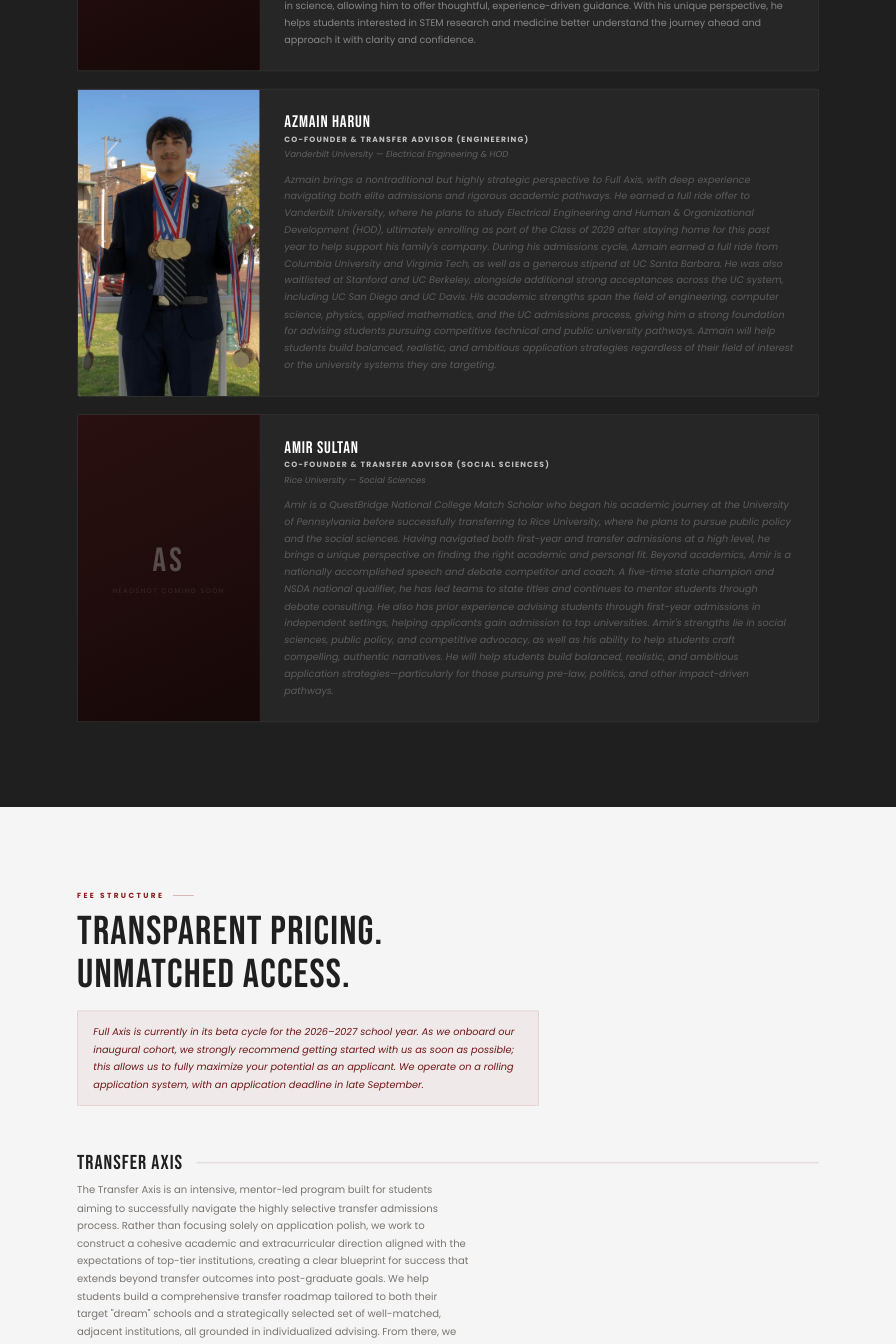
Repository: epeguero8311/cesar
Page: index.html
The author's editor kept a copy of each file at every save. The page is drawn from the files as they stood at one save, then again after the next save.
The browser window is 1280 px wide. The pictures show the part of the page from y = 2974 to 4894 px (the page is 7477 px tall before and 7453 px after), at 70% of full size.

Above is the page before, as saved 2026-04-30 17:46:54.

After the next save:
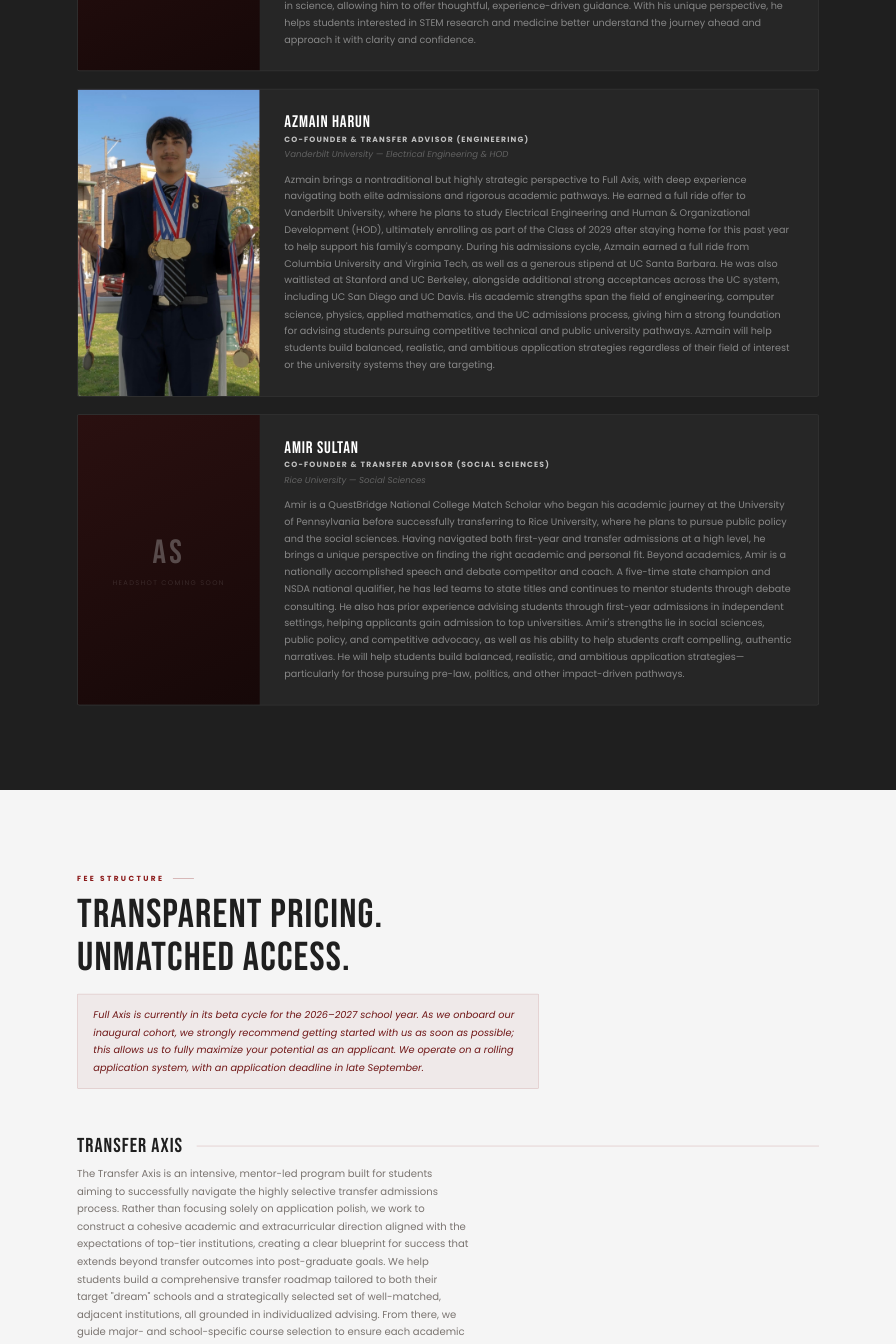
Saved 90 s later.
--- a/index.html
+++ b/index.html
@@ -131,7 +131,7 @@
           <div class="team-name">Azmain Harun</div>
           <div class="team-role">Co-Founder &amp; Transfer Advisor (Engineering)</div>
           <div class="team-school">Vanderbilt University — Electrical Engineering &amp; HOD</div>
-          <p class="team-bio" style="color:rgba(255,255,255,0.25);font-style:italic">Azmain brings a nontraditional but highly strategic perspective to Full Axis, with deep experience navigating both elite admissions and rigorous academic pathways. He earned a full ride offer to Vanderbilt University, where he plans to study Electrical Engineering and Human & Organizational Development (HOD), ultimately enrolling as part of the Class of 2029 after staying home for this past year to help support his family's company.
+          <p class="team-bio">Azmain brings a nontraditional but highly strategic perspective to Full Axis, with deep experience navigating both elite admissions and rigorous academic pathways. He earned a full ride offer to Vanderbilt University, where he plans to study Electrical Engineering and Human & Organizational Development (HOD), ultimately enrolling as part of the Class of 2029 after staying home for this past year to help support his family's company.
 
 During his admissions cycle, Azmain earned a full ride from Columbia University and Virginia Tech, as well as a generous stipend at UC Santa Barbara. He was also waitlisted at Stanford and UC Berkeley, alongside additional strong acceptances across the UC system, including UC San Diego and UC Davis.
 
@@ -147,7 +147,7 @@ His academic strengths span the field of engineering, computer science, physics,
           <div class="team-name">Amir Sultan</div>
           <div class="team-role">Co-Founder &amp; Transfer Advisor (Social Sciences)</div>
           <div class="team-school">Rice University — Social Sciences</div>
-          <p class="team-bio" style="color:rgba(255,255,255,0.25);font-style:italic">Amir is a QuestBridge National College Match Scholar who began his academic journey at the University of Pennsylvania before successfully transferring to Rice University, where he plans to pursue public policy and the social sciences. Having navigated both first-year and transfer admissions at a high level, he brings a unique perspective on finding the right academic and personal fit.
+          <p class="team-bio">Amir is a QuestBridge National College Match Scholar who began his academic journey at the University of Pennsylvania before successfully transferring to Rice University, where he plans to pursue public policy and the social sciences. Having navigated both first-year and transfer admissions at a high level, he brings a unique perspective on finding the right academic and personal fit.
 
 Beyond academics, Amir is a nationally accomplished speech and debate competitor and coach. A five-time state champion and NSDA national qualifier, he has led teams to state titles and continues to mentor students through debate consulting. He also has prior experience advising students through first-year admissions in independent settings, helping applicants gain admission to top universities.
 
@@ -189,7 +189,7 @@ We help students build a comprehensive transfer roadmap tailored to both their t
         <ul class="pkg-feats">
           <li class="pkg-feat">Paired mentor throughout application process</li>
           <li class="pkg-feat">Guaranteed monthly meetings</li>
-          <li class="pkg-feat">Essay review for up to 6 schools</li>
+          <li class="pkg-feat">Essay review for up to 5 schools</li>
           <li class="pkg-feat">Tailored roadmap built to your individual profile</li>
         </ul>
         <div class="consult-note">✦ Free initial consultation included</div>
@@ -200,7 +200,7 @@ We help students build a comprehensive transfer roadmap tailored to both their t
         <ul class="pkg-feats">
           <li class="pkg-feat">Paired mentor throughout application process</li>
           <li class="pkg-feat">Guaranteed monthly meetings</li>
-          <li class="pkg-feat">Essay review for up to 9 schools</li>
+          <li class="pkg-feat">Essay review for up to 7 schools</li>
           <li class="pkg-feat">Tailored roadmap built to your individual profile</li>
         </ul>
         <div class="consult-note">✦ Free initial consultation included</div>
@@ -282,7 +282,7 @@ Students may use this plan to refine personal statements or supplemental essays,
   <div class="ft-right">
     <div class="ft-social">
       <!-- Instagram -->
-      <a href="YOUR_INSTAGRAM_URL" target="_blank" rel="noopener noreferrer" aria-label="Instagram">
+      <a href="https://www.instagram.com/fullaxisconsulting?igsh=MTVjaGZybGl2OHJxNw==" target="_blank" rel="noopener noreferrer" aria-label="Instagram">
         <svg viewBox="0 0 24 24" stroke="white" fill="none" stroke-width="1.8" stroke-linecap="round" stroke-linejoin="round">
           <rect x="2" y="2" width="20" height="20" rx="5" ry="5"/>
           <circle cx="12" cy="12" r="4"/>
@@ -290,7 +290,7 @@ Students may use this plan to refine personal statements or supplemental essays,
         </svg>
       </a>
       <!-- TikTok -->
-      <a href="YOUR_TIKTOK_URL" target="_blank" rel="noopener noreferrer" aria-label="TikTok">
+      <a href="https://www.tiktok.com/@fullaxiscc?_r=1&_t=ZP-95ywb3mjwBK" target="_blank" rel="noopener noreferrer" aria-label="TikTok">
         <svg viewBox="0 0 24 24" fill="white" stroke="none">
           <path d="M19.59 6.69a4.83 4.83 0 01-3.77-4.25V2h-3.45v13.67a2.89 2.89 0 01-2.88 2.5 2.89 2.89 0 01-2.89-2.89 2.89 2.89 0 012.89-2.89c.28 0 .54.04.79.1V9.01a6.33 6.33 0 00-.79-.05 6.34 6.34 0 00-6.34 6.34 6.34 6.34 0 006.34 6.34 6.34 6.34 0 006.33-6.34V8.69a8.24 8.24 0 004.84 1.56V6.81a4.85 4.85 0 01-1.07-.12z"/>
         </svg>
